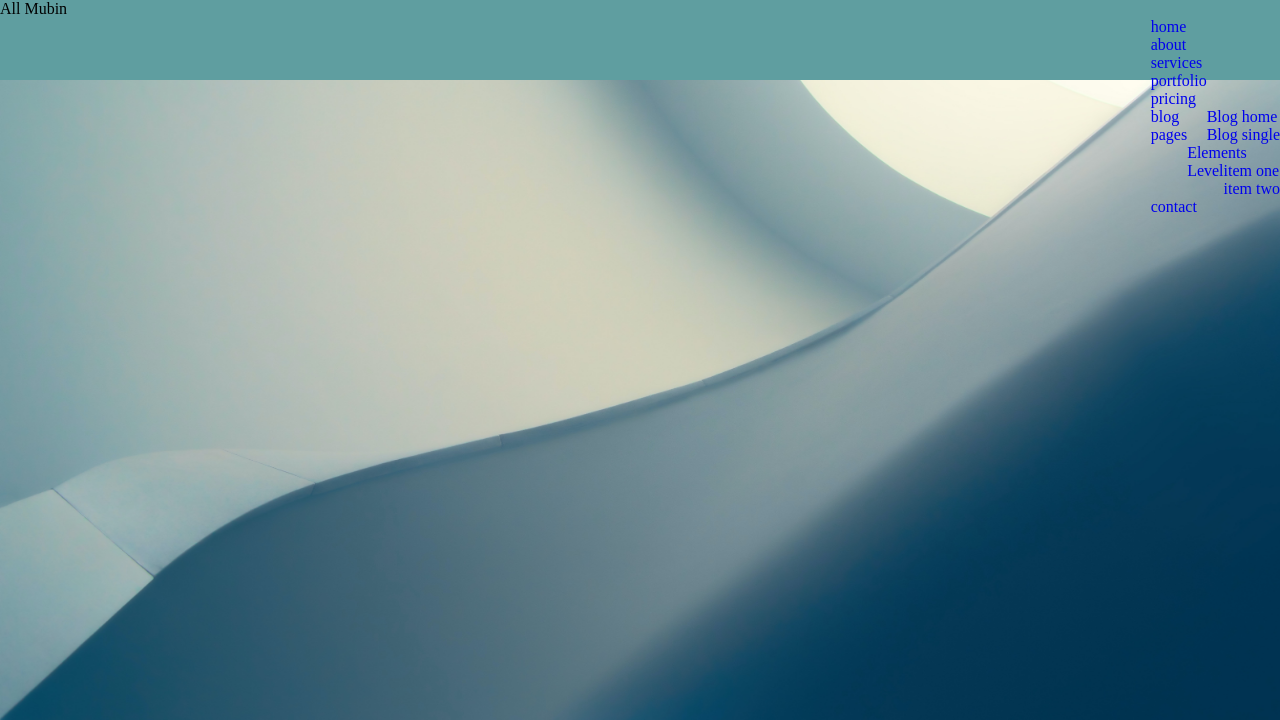
Repository: mdaj6804gmail/1-page-web-theme
Page: project 4/index.html
An editor plug-in stored every save of this project. The page is shown before and after a run of saves, followed by the edit.
The browser window is 1280 px wide. The pictures show the whole page.

Above is the page before, as saved 2022-12-18 18:45:55.

### project 4/index.html
<!DOCTYPE html>
<html lang="en">
<head>
    <meta charset="UTF-8">
    <meta http-equiv="X-UA-Compatible" content="IE=edge">
    <meta name="viewport" content="width=device-width, initial-scale=1.0">
    <link rel="stylesheet" href="style.css">
    <title>Document</title>
</head>
<body>
    <header>
        <div class="logo">All Mubin </div>
        <nav>
            <ul>
                <li><a href="#">home</a></li>
                <li><a href="#">about</a></li>
                <li><a href="#">services</a></li>
                <li><a href="#">portfolio</a></li>
                <li><a href="#">pricing</a></li>
                <li><a href="#">blog</a>
                    <ul>
                        <li><a href="#">Blog home</a></li>
                        <li><a href="#">Blog single</a></li>
                    </ul>
                </li>
                <li><a href="#">pages</a>
                     <ul>
                        <li><a href="#">Elements</a></li>
                        <li><a href="#">Level</a>
                        <ul>
                            <li><a href="#">item one</a></li>
                            <li><a href="#">item two</a></li>
                        </ul>
                        </li>
                     </ul>
                </li>
                <li><a href="#">contact</a></li>
            </ul>
        </nav>
    </header>

</body>
</html>

### project 4/style.css
*{
    padding: 0;
    margin: 0;
    box-sizing: border-box;
    text-decoration: none;
    list-style: none;
}

body{
    background-image: url(pexels-johannes-plenio-1103970.jpg);
    background-attachment: fixed;
    background-position: center center;
    background-repeat: no-repeat;
    background-size: 100% 100%;

}

header{
    width: 100%;
    height: 80px;
    background-color: cadetblue;


}
nav{ width: ;


}

header nav ul{
    float: right;
}

After the next 2 saves:
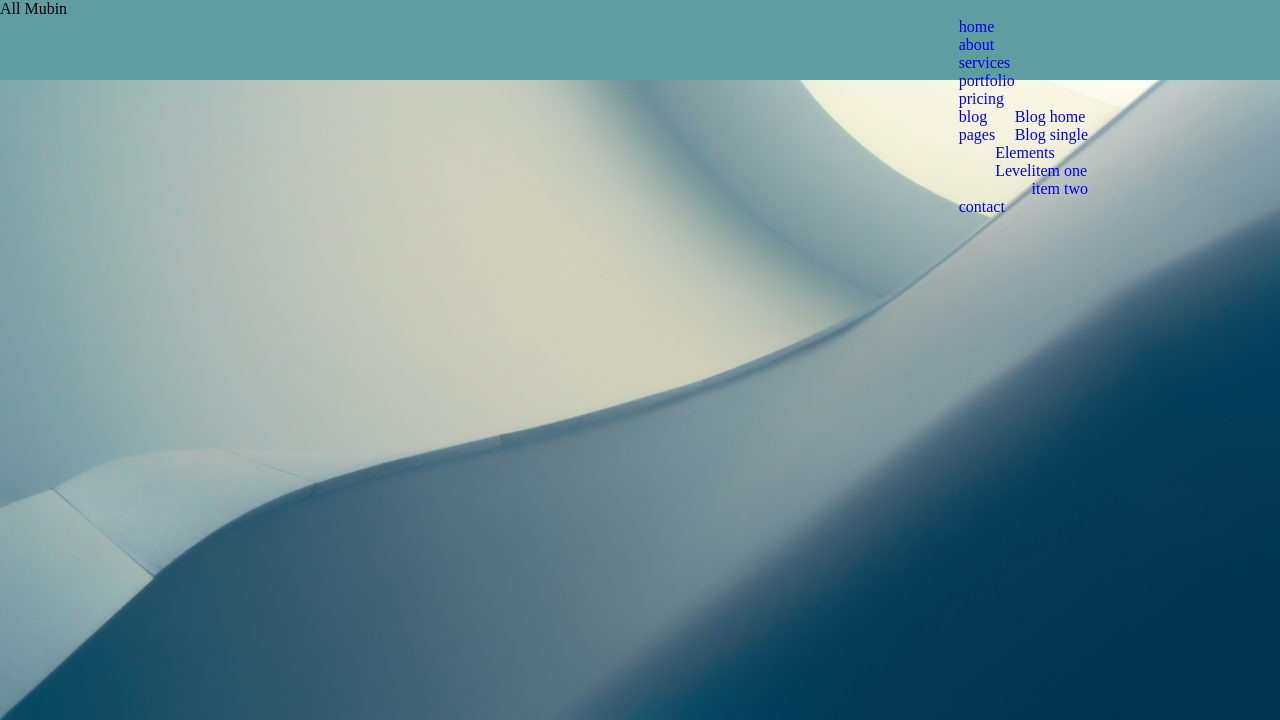
The 2 saves are shown as one change because they came seconds apart.
The last was saved 7 s later.
--- a/project 4/style.css
+++ b/project 4/style.css
@@ -22,7 +22,7 @@
 
 
 }
-nav{ width: ;
+nav{ width: 85%;
 
 
 }
